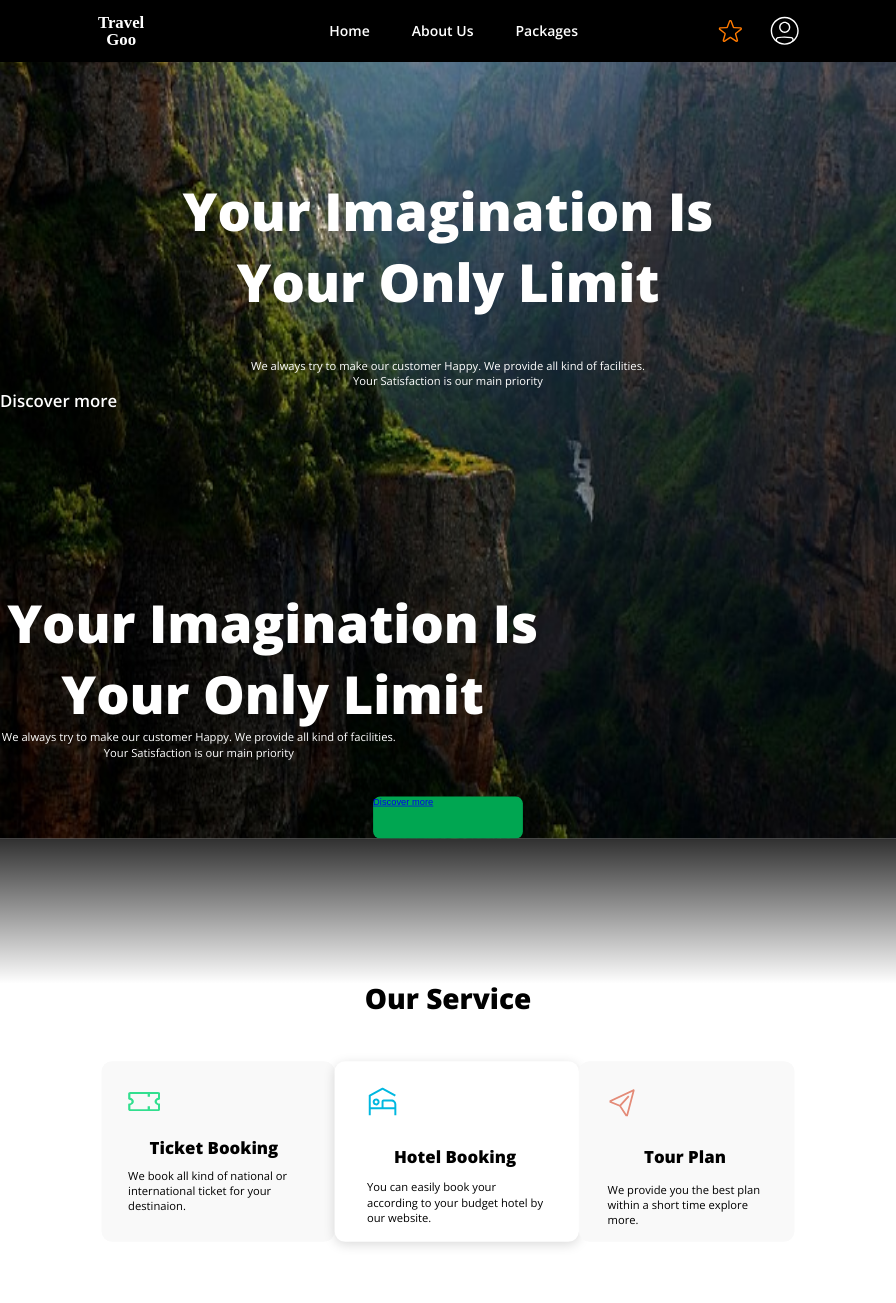
Repository: simralgasimov/back-project
Page: index.html
The author's editor kept a copy of each file at every save. The page is drawn from the files as they stood at one save, then again after the next save.
The browser window is 1280 px wide. The pictures show the whole page, at 70% of full size.
Some web fonts or font styles are not loaded; a fallback is used.

Above is the page before, as saved 2023-09-27 13:32:09.

### index.html
<!DOCTYPE html>
<html lang="en">
  <head>
    <meta charset="UTF-8" />
    <meta name="viewport" content="width=device-width, initial-scale=1.0" />
    <title>Document</title>
    <link rel="stylesheet" href="./index.css" />
  </head>
  <body>
    <div class="container">
      <div class="navbar">
        <div class="logo">
          Travel
          <div>Goo</div>
        </div>
        <div class="menu">
          <ul>
            <li>Home</li>
            <li>About Us</li>
            <li>Packages</li>
          </ul>
        </div>
        <div class="icon">
            <img src="./clarity_favorite-line.svg" alt="" />
            <img src="./healthicons_ui-user-profile-outline.svg" alt="" />
        </div>
      </div>
      <div class="container-1">
        <div class="box">
          <h1>Your Imagination Is Your Only Limit</h1>
        </div>

        <div class="text-box">
          <p>
            We always try to make our customer Happy. We provide all kind of
            facilities. Your Satisfaction is our main priority
          </p>
        </div>

        <div class="button"><a href="#">Discover more</a></div>

        <h1>Your Imagination Is Your Only Limit</h1>
        <p>
          We always try to make our customer Happy. We provide all kind of
          facilities. Your Satisfaction is our main priority
        </p>
        <button>
          <a href="#">Discover more</a>        </button>
      </div>
    </div>

    <div class="container-2">
      <h2>Our Service</h2>
      <div class="services">
        <div class="ticket">
          <img src="./Vector.svg" alt="" />
          <h1>Ticket Booking</h1>
          <p>
            We book all kind of national or international ticket for your
            destinaion.
          </p>
        </div>
        <div class="hotel">
          <img src="./carbon_hotel.svg" alt="" />
          <h1>Hotel Booking</h1>
          <p>
            You can easily book your according to your budget hotel by our
            website.
          </p>
        </div>
        <div class="tour">
          <img src="./cil_paper-plane.svg" alt="" />
          <h1>Tour Plan</h1>
          <p>We provide you the best plan within a short time explore more.</p>
        </div>
      </div>
    </div>
  </body>
</html>

### index.css
@import url("https://fonts.googleapis.com/css2?family=Laila:wght@400;600;700&family=Open+Sans:wght@400;600;800&display=swap");
* {
  padding: 0;
  margin: 0;
  box-sizing: border-box;
}

.container {
  /* position: relative;
  z-index: 0; */
  /* padding: 32px 145px 63px 100px; */
  min-height: 100vh;
  width: auto;
  background-image: url("./canyon-1740973_640.jpg");
  background-repeat: no-repeat;
  background-size: 100% 100%;
}

.container .navbar {
  width: 100%;
  padding: 20px 135px;
  display: flex;
  justify-content: space-between;
  align-items: center;
  /* margin: auto; */
  position: fixed;
  top: 0;
  background-color: black;
}

.container .navbar .logo {
  width: 76px;
  color: #fff;
  text-align: center;
  font-family: Laila;
  font-size: 24px;
  font-style: normal;
  font-weight: 700;
  line-height: 102.5%; /* 24.6px */
}

.container .navbar .menu ul {
  list-style-type: none;
  display: flex;
}

.container .navbar .menu ul li {
  color: #fff;
  font-family: Open Sans;
  font-size: 20px;
  font-style: normal;
  font-weight: 600;
  line-height: normal;
  justify-content: space-between;
  margin-left: 60px;
}

.container .navbar .icon {
  display: flex;
  justify-content: space-between;
  align-items: center;
}

.container .navbar .icon img:first-child {
  margin-right: 36px;
  width: 36px;
  height: 36px;
}
.container .navbar .icon img:last-child {
  width: 48px;
  height: 48px;
}

.container .box {
  display: flex;
  justify-content: center;
  text-align: center;
}
.container .container-1 h1 {
  width: 779px;
  color: #fff;
  text-align: center;
  font-family: Open Sans;
  font-size: 75px;
  font-style: normal;
  font-weight: 800;
  line-height: normal;
  margin-top: 250px;
}

.container .text-box {
  margin-top: 57px;
  display: flex;
  justify-content: center;
  text-align: center;
}
.container .container-1  p {
  width: 568px;
  color: #fff;
  text-align: center;
  font-family: Open Sans;
  font-size: 16px;
  font-style: normal;
  font-weight: 400;
  line-height: normal;
}

.container .container-1  button {
  border: none;
  width: 214px;
  height: 60px;
  border-radius: 10px;
  background: #00a651;
  display: flex;
  margin: auto;
  margin-top: 52px;
}

.container .button a {
  /* display: flex;
    justify-content: center;
    text-align: center;
    align-items: center; */
  margin: auto;
  text-decoration: none;
  color: #fff;
  text-align: center;
  font-family: Open Sans;
  font-size: 24px;
  font-style: normal;
  font-weight: 600;
  line-height: normal;
}

.container-2 {
  padding: 200px 145px 88px 145px;
  background: linear-gradient(
    180deg,
    rgba(0, 0, 0, 0.81) 0%,
    rgba(72, 72, 72, 0) 31.25%,
    rgba(158, 158, 158, 0) 77.6%,
    #fff 85.42%
  );
}

.container-2 h2 {
  margin-bottom: 63px;
  /* display: flex;
        text-align: center;
        justify-content: center; */
  color: #000;
  text-align: center;
  font-family: Open Sans;
  font-size: 40px;
  font-style: normal;
  font-weight: 700;
  line-height: normal;
}

.container-2 .services {
  display: flex;
  /* margin: auto; */
  justify-content: space-between;
}

.container-2 .services .ticket {
  padding: 44px 50px 20px 38px;
  /* width: 416px;
height: 232px; */
  border-radius: 15px;
  background: #f9f9f9;
}

.container-2 .services .ticket h1 {
  margin-top: 30px;
  margin-bottom: 13px;
  color: #000;
  text-align: center;
  font-family: Open Sans;
  font-size: 24px;
  font-style: normal;
  font-weight: 700;
  line-height: normal;
}

.container-2 .services .ticket p {
  color: #000;
  font-family: Open Sans;
  font-size: 16px;
  font-style: normal;
  font-weight: 400;
  line-height: normal;
}

.container-2 .services .hotel {
  padding: 35px 51px 20px 46px;
  border-radius: 15px;
  background: #fff;
  box-shadow: 0px 4px 16px 0px rgba(0, 0, 0, 0.15);
}

.container-2 .services .hotel h1 {
  margin-top: 36px;
  margin-bottom: 16px;
  color: #000;
  text-align: center;
  font-family: Open Sans;
  font-size: 24px;
  font-style: normal;
  font-weight: 700;
  line-height: normal;
}

.container-2 .services .hotel p {
  color: #000;
  font-family: Open Sans;
  font-size: 16px;
  font-style: normal;
  font-weight: 400;
  line-height: normal;
}

.container-2 .services .tour {
  padding: 39px 46px 20px 41px;
  border-radius: 15px;
  background: #f9f9f9;
}

.container-2 .services .tour h1 {
  margin-top: 36px;
  margin-bottom: 19px;
  color: #000;
  text-align: center;
  font-family: Open Sans;
  font-size: 24px;
  font-style: normal;
  font-weight: 700;
  line-height: normal;
}
.container-2 .services .tour p {
  color: #000;
  font-family: Open Sans;
  font-size: 16px;
  font-style: normal;
  font-weight: 400;
  line-height: normal;
}

After the next save:
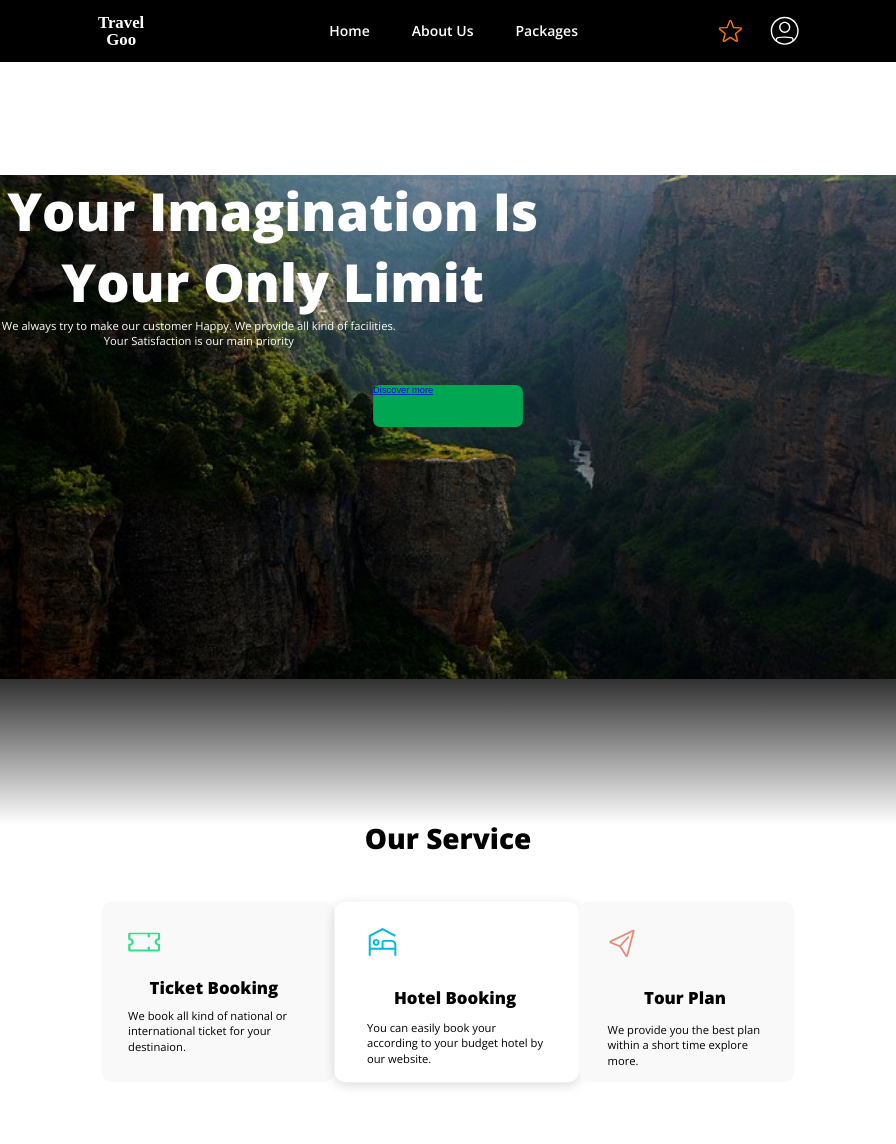
Saved 12 s later.
--- a/index.html
+++ b/index.html
@@ -26,7 +26,7 @@
         </div>
       </div>
       <div class="container-1">
-        <div class="box">
+        <!-- <div class="box">
           <h1>Your Imagination Is Your Only Limit</h1>
         </div>
 
@@ -37,7 +37,7 @@
           </p>
         </div>
 
-        <div class="button"><a href="#">Discover more</a></div>
+        <div class="button"><a href="#">Discover more</a></div> -->
 
         <h1>Your Imagination Is Your Only Limit</h1>
         <p>
